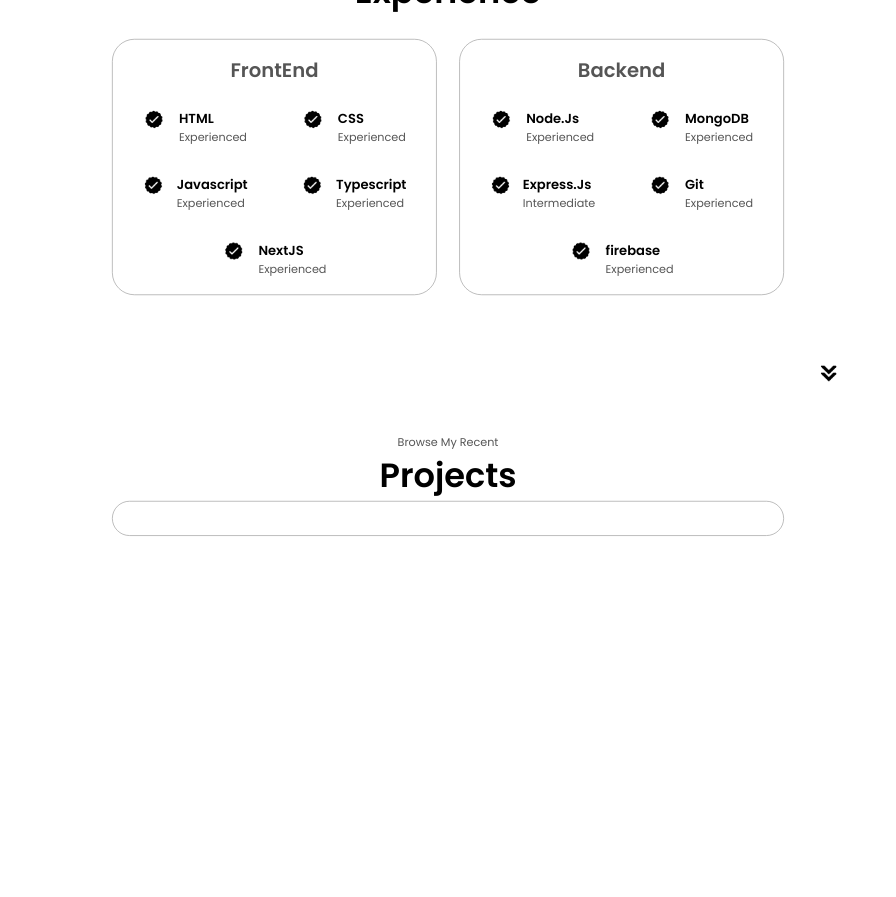
Repository: albinsabu2023/albinsabu
Page: index.html
The author's editor kept a copy of each file at every save. The page is drawn from the files as they stood at one save, then again after the next save.
The browser window is 1280 px wide. The pictures show the part of the page from y = 1491 to 3411 px (the page is 2772 px tall before and 3411 px after), at 70% of full size.

Above is the page before, as saved 2023-08-30 13:24:19.

After the next save:
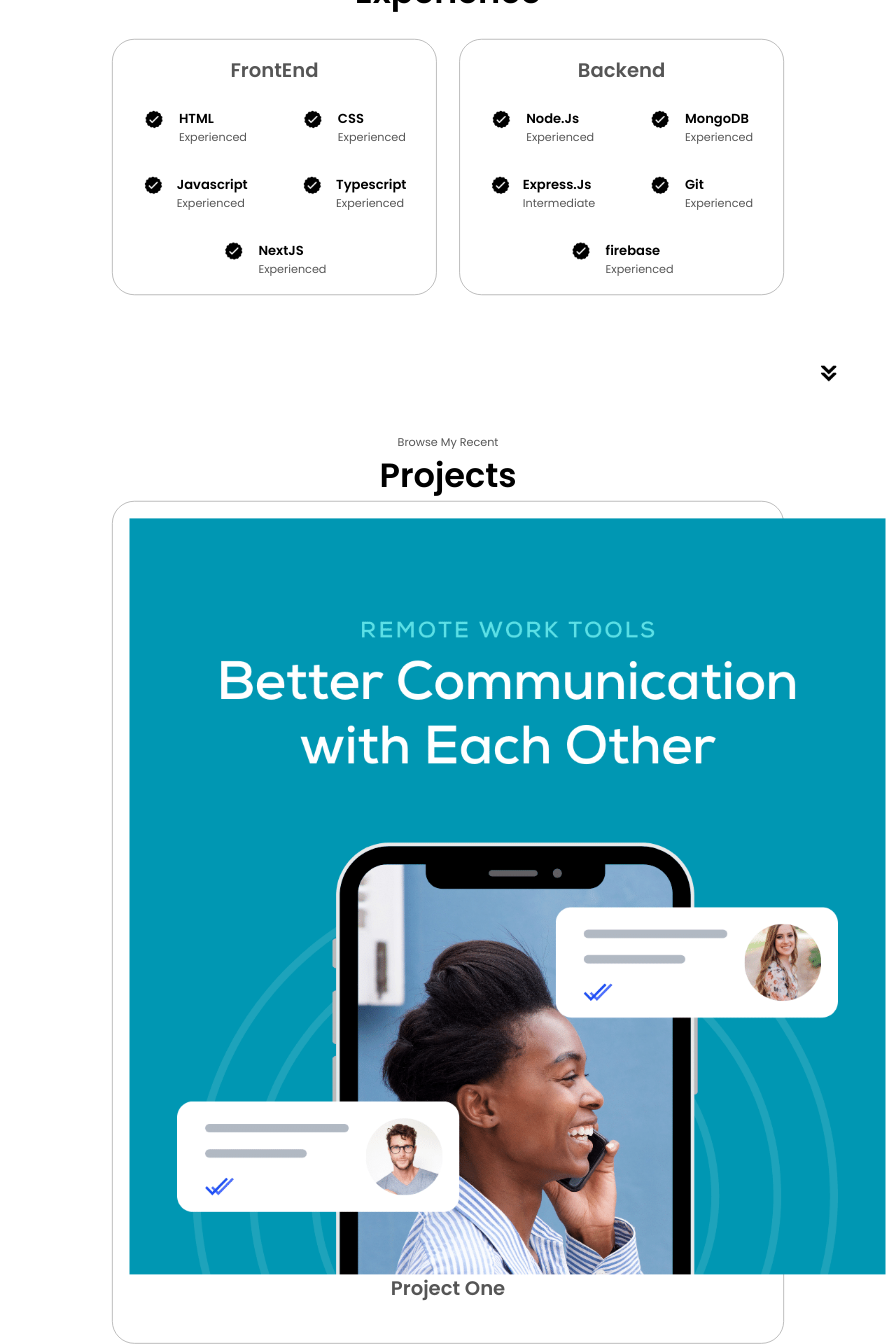
Saved 86 s later.
--- a/index.html
+++ b/index.html
@@ -186,7 +186,11 @@
         <h1 class="title">Projects</h1>
         <div class="experience-details-container">
             <div class="details-container color-container">
-
+                <div class="article-container">
+                    <img src="./assets/project-1.png" alt="project1" class="project-img">
+                </div>
+                <h2 class="experience-sub-title prooject-title">Project One</h2>
+                <div class="btn-container"></div>
             </div>
         </div>
     </section >
